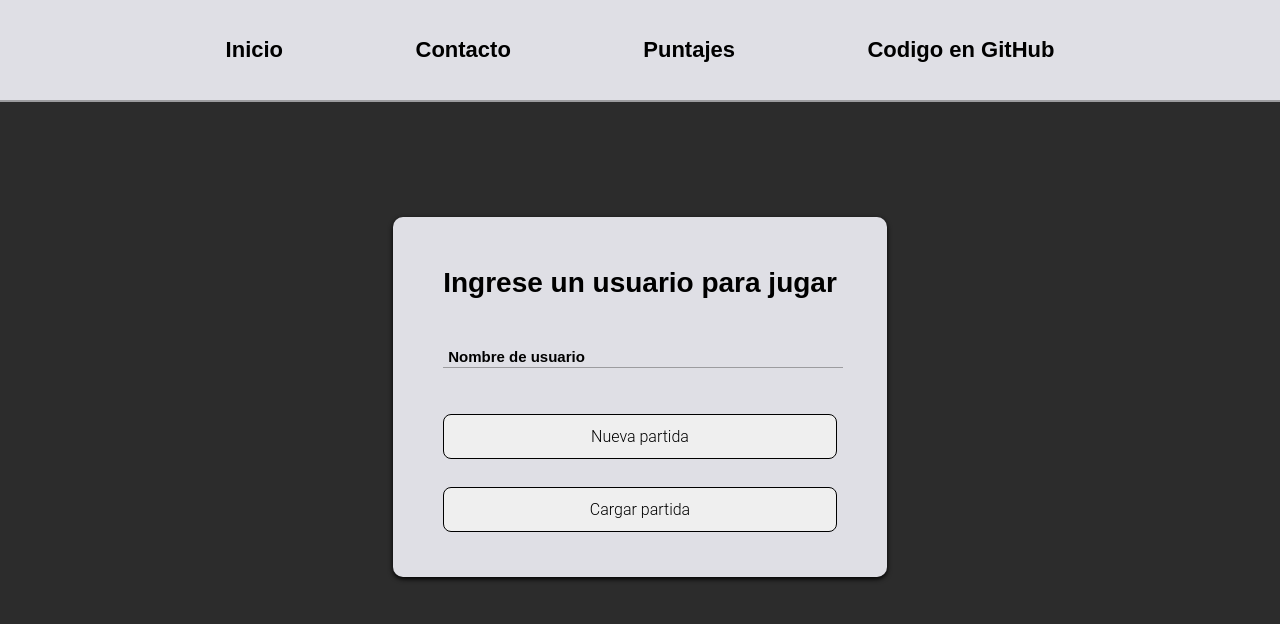
Repository: FacundoKinderknecht/FacundoKinderknecht_Wordle_Game_LPPA
Page: index.html
These files come from the project's save history. The page is drawn as it stood at one moment and after the next save; the edit follows.
The browser window is 1280 px wide. The pictures show the whole page.

Above is the page before, as saved 2023-08-08 09:52:22.

After the next save:
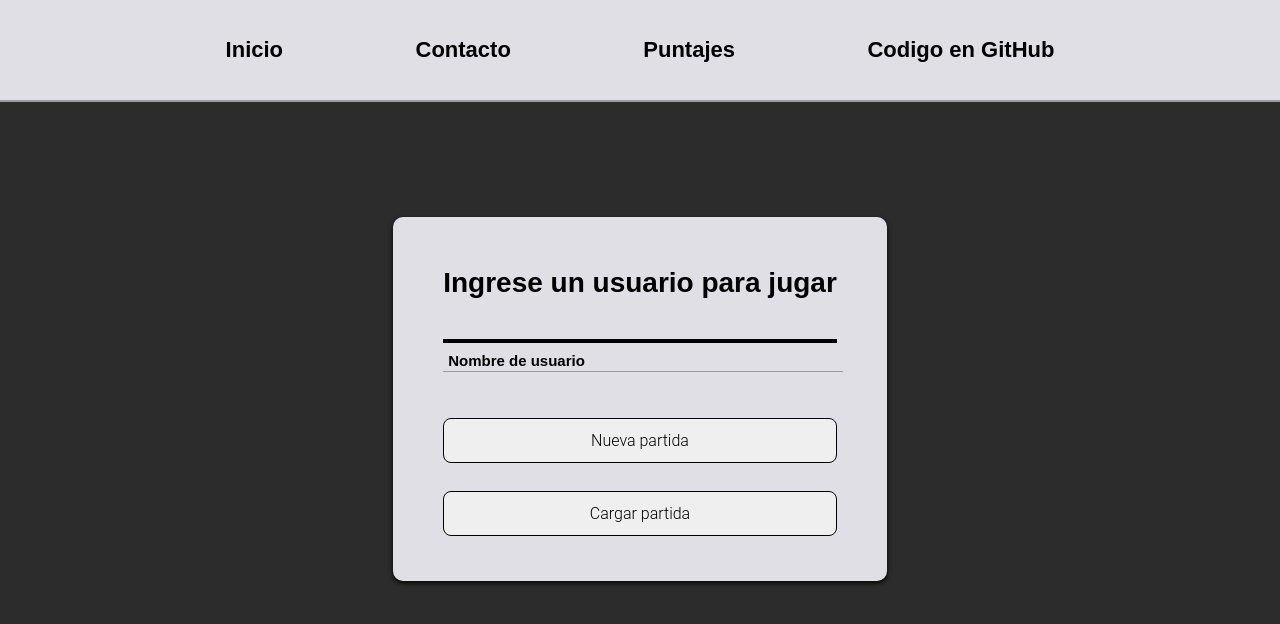
Saved 12 s later.
--- a/css/index.css
+++ b/css/index.css
@@ -26,7 +26,7 @@
     width: 100%;
     position: relative;
     margin-bottom: 30px;
-    border-top: 4px;
+    border-top: 4px solid black;
 }
 
 .form-txt{

After the save that followed:
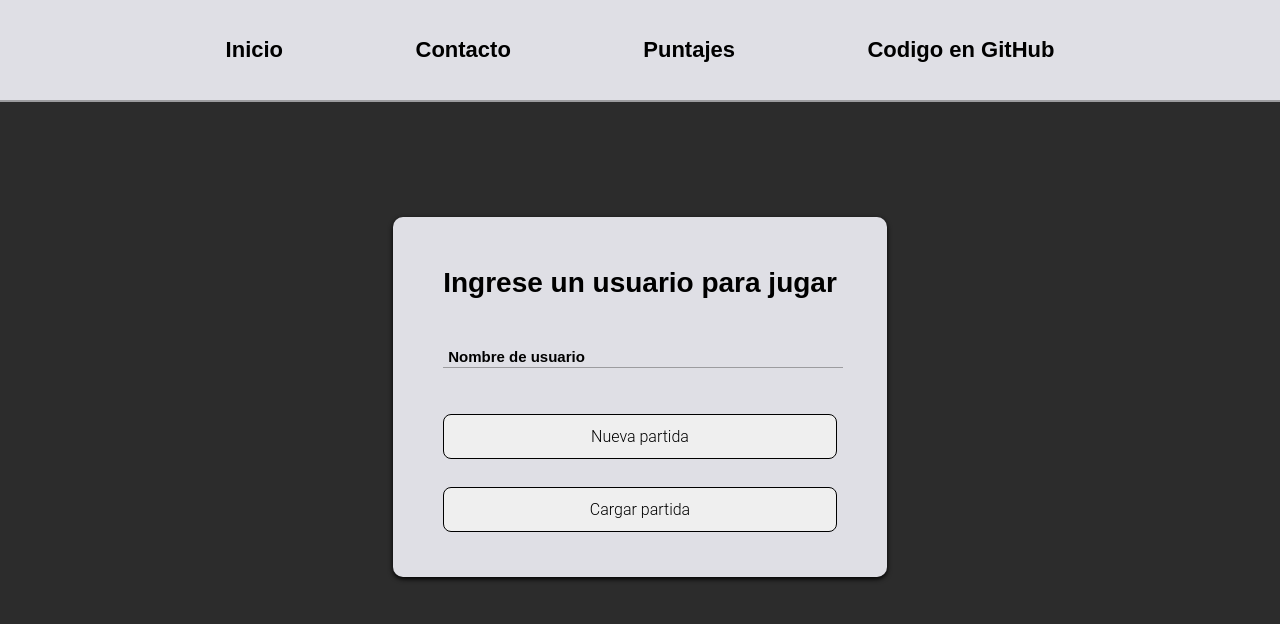
Saved 6 s later.
--- a/css/index.css
+++ b/css/index.css
@@ -26,7 +26,6 @@
     width: 100%;
     position: relative;
     margin-bottom: 30px;
-    border-top: 4px solid black;
 }
 
 .form-txt{
